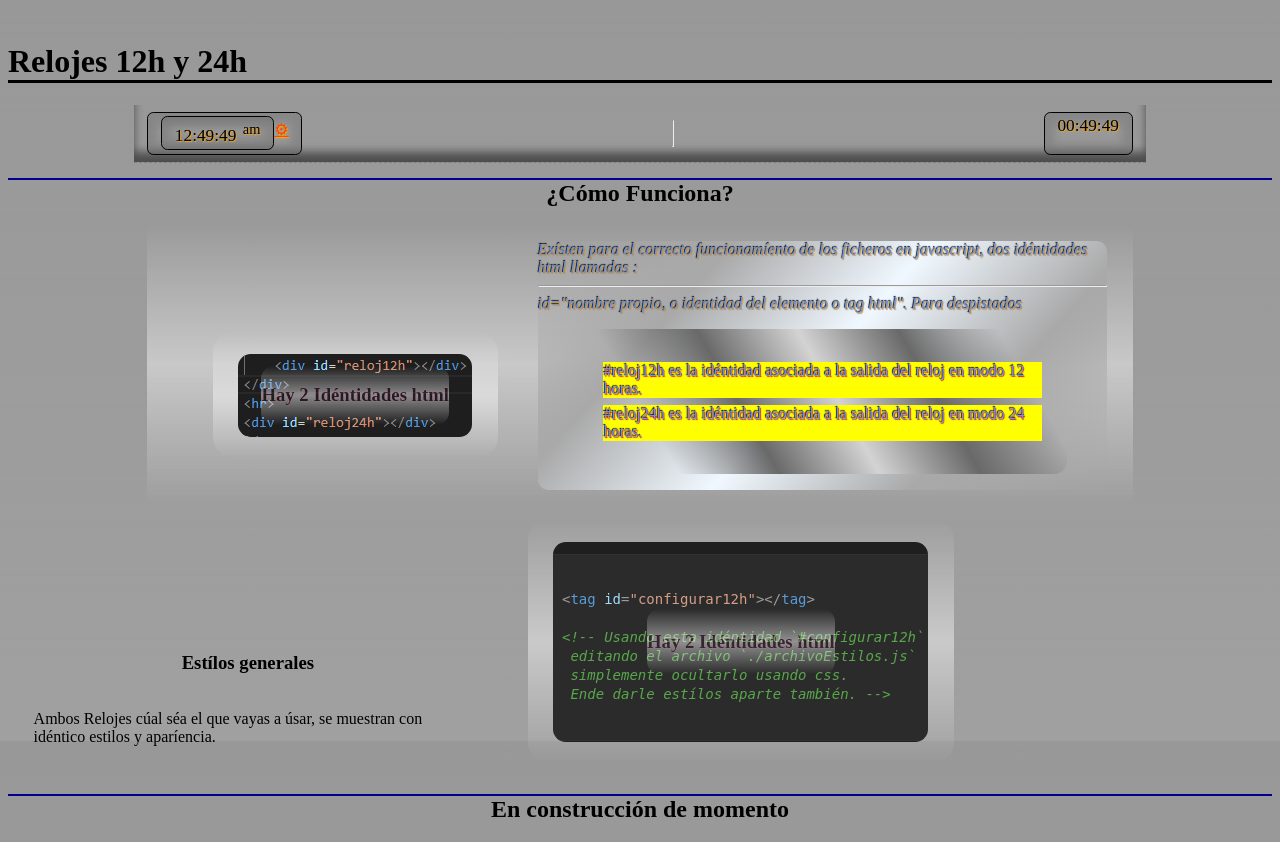
Repository: marcostonfor/clocks
Page: index.html
These files come from the project's save history. The page is drawn as it stood at one moment and after a run of saves; the edit follows.
The browser window is 1280 px wide. The pictures show the whole page.

Above is the page before, as saved 2024-09-19 00:54:50.

### index.html
<!DOCTYPE html>
<html lang="ca-ES, en-US">

<head>
    <meta charset="utf-8">
    <meta name="viewport" content="width=device-width, initial-scale=1">
    <title>relojes</title>
    <style>

        * {
            box-sizing: border-box;
        }

        body {
            background-image: repeating-linear-gradient(0deg, hsla(0, 0%, 41%, 0.63) 12%, hsla(0, 0%, 0%, 0.404));
        }

        h1 {
            margin-top: 6vh;
            border-bottom: 0.3vw solid black;
        }

        #dosRelojes {
            width: 80%;
            height: auto;
            margin: 2vh auto;
            padding: 1vh 1vw;
            display: flex;
            border-bottom: 0.1vw dashed gray;
            /* box-shadow: inset -0.2vh 0 06px hsl(41, 100%, 50%); */
            box-shadow: inset 0 -10px 10px rgba(0, 0, 0, 0.5);
        }

        summary::marker {
            content: none !important;
        }

        summary {
            cursor: pointer !important;
            color: orangered;
            text-decoration: underline;
            margin: 0.5vh auto;
            font-size: 12pt;
        }

        #caja12h {
            display: flex;
        }

        h2 {
            text-align: center;
            margin-top: 2vh;
            border-top: 0.2vw solid darkblue;
        }

        #identidades_principales {
            display: flex;
            justify-content: space-around;
            align-items:last baseline;
            padding: 2vh 2vw;
            width: 78%;
            margin: auto auto;
            background-image: repeating-linear-gradient(0deg, transparent, hsla(0, 0%, 96%, 0.5), transparent);
            border-radius: 0.755vw;
        }

        .conFoto figure {
            position: relative;
            display: flex;
            align-items: center;
            justify-content: center;
            background-image: repeating-linear-gradient(0deg, transparent, hsla(0, 0%, 96%, 0.5), transparent);
            padding: 3vh 2vw;
            border-radius: 1.6vw;
        }

        .conFoto figure img {
            border-radius: 1vw;
        }

        .conFoto figure figcaption {
            position: absolute;
            border-radius: 1vw;
            text-shadow: 0 0 1px hotpink;
            background-image:  repeating-linear-gradient(0deg, transparent, hsla(0, 0%, 96%, 0.5), transparent);
            mix-blend-mode: screen;
        }

        .conTexto  {
            width: fit-content;
            height: auto;
            color: cornflowerblue;
            text-shadow: 0.1vh 0.1vw 1px rgb(220, 140, 20), -0.1vh -0.1vw 1px black;
            background-image: repeating-linear-gradient(132deg, transparent, darkgray, aliceblue, darkgray, transparent);
            border-radius: 0.8vw;
        }

        .conTexto blockquote {
            padding: 2vw;
            border-radius: 1vw;
            background-image: linear-gradient(-120deg, transparent 12%, dimgray, lightgray, dimgray, transparent, transparent);
        }

        .conTexto blockquote mark {
            text-shadow: 0.1vh 0.1vw 1px rgb(220, 20, 60), -0.1vh -0.1vw 1px black;
            color: cornflowerblue !important;
            display: block;
            margin: 1vh auto;
        }

        #estilos_generales {
            width: 78%;
            display: flex;
            justify-content: space-around;
            align-items:last baseline;

        }

        #estilos_generales article h3 {
            text-align: center;
            width: fit-content;
            margin: 3vh auto;
        }

        #textoGeneral {
            padding: 2vh 2vw;
            width: fit-content;
            /* border: 0.2vw solid black; */
            overflow: hidden;
        }
    </style>
</head>

<body>
    <header>
        <h1>Relojes 12h y 24h</h1>
        <aside id="dosRelojes">
            <div id="caja12h">
                <div id="reloj12h"></div>
            </div>
            <hr>
            <div id="reloj24h"></div>
        </aside>
        <nav></nav>
    </header>
    <main>
        <h2>¿Cómo Funciona?</h2>
        <section id="identidades_principales">
            <article class="conFoto">
                <figure>
                    <img src="./img/identidades.png" alt="foto de las id principales">
                <figcaption><h3>Hay 2 Idéntidades html</h3></figcaption>
                </figure>
            </article>
            <article class="conTexto">
                    <cite>Exísten para el correcto funcionamíento de los ficheros en javascript, dos idéntidades html
                        llamadas :</cite> <hr /><cite>id="nombre propio, o identidad del elemento o tag html". Para despistados</cite>
                <blockquote>
                    <mark>#reloj12h es la idéntidad asociada a la salida del reloj en modo 12 horas.</mark>

                    <mark>#reloj24h es la idéntidad asociada a la salida del reloj en modo 24 horas.</mark>
                </blockquote>
            </article>
        </section>
        <section id="estilos_generales">
            <article>
                <h3>Estílos generales</h3>
                <p id="textoGeneral">
                    Ambos Relojes cúal séa el que vayas a úsar, se muestran con idéntico estilos y aparíencia.
                </p>
            </article>
            <article class="conFoto">
                <figure>
                    <img src="./img/fotoDetails12h.png" alt="foto de las id principales">
                <figcaption><h3>Hay 2 Idéntidades html</h3></figcaption>
                </figure>
            </article>
        </section>
    </main>
    <h2>En construcción de momento</h2>
    <script type="module" src="./relojes.js"></script>
</body>

</html>

### relojes.js

import { estilosPersonales } from './archivoEstilos.js';
import { conf12h } from './archivoConfiguracion.js';
function laHora() {
	const Reloj = class {
		constructor(formato, salida) {
			this.ahora = new Date();
			this.reloj = {
				hora: this.ahora.getHours(),
				minuto: this.ahora.getMinutes(),
				segundo: this.ahora.getSeconds()
			};
			this._formato = formato;
			this._salida = salida;
		}

		get formato() {
			return this._formato;
		}

		get salida() {
			return this._salida;
		}

		set formato(horaActual) {
			this._formato = horaActual;
		}

		set salida(output) {
			this._salida = output;
		}

		anyadirCero(formatear) {
			return formatear <= 9 ? "0" + formatear : formatear;
		}

		_12h() {
			let horas = this.reloj.hora % 12;
			if (horas === 0) horas = 12;
			const amOpm = this.reloj.hora >= 12 ? "pm" : "am";
			this._formato = `${this.anyadirCero(horas)}:${this.anyadirCero(this.reloj.minuto)}:${this.anyadirCero(this.reloj.segundo)}<sup>${amOpm}</sup>`;
			return this._formato;
		}

		_24h() {
			this._formato = `${this.anyadirCero(this.reloj.hora)}:${this.anyadirCero(this.reloj.minuto)}:${this.anyadirCero(this.reloj.segundo)}`;
			return this._formato;
		}
	};

	const laSalida = () => {
		const salida = document.getElementById("reloj12h");
		const salida24h = document.getElementById("reloj24h");
		const doceHoras = new Reloj();
	//	salida.innerHTML = doceHoras._12h();
	//	salida24h.innerHTML = doceHoras._24h();

 // Verifica si existe el elemento #reloj12h
 if (salida) {
	salida.innerHTML = doceHoras._12h();
	conf12h(); // Llamada a la función conf12h() si el elemento existe
}

// Verifica si existe el elemento #reloj24h
if (salida24h) {
	salida24h.innerHTML = doceHoras._24h();
}


	function estiloscss(estilosPersonales) {

		const estils = document.createElement('STYLE');
		estils.textContent = `
* {
    box-sizing: border-box;
}

div {
    text-align: center;
    width: fit-content;
    border: 0.1vw solid black;
    font-size: 13pt;
    padding: 0.5vh 1vw;
    box-shadow: inset 0 0 10px 10px hsla(0, 0%, 41%, 0.397);
    font-family: 'Comic Sans MS';
    color: black;
    text-shadow: 0.1vh 0.1vw 1px orange;
    border-radius: 0.5vw;
}


sup {
    margin-left: 0.5vw !important;
}
	`;
		if (estilosPersonales) {
			estils.textContent += estilosPersonales;
		}


		document.head.appendChild(estils);
}

	// Llamada a la función con estilos adicionales
	estiloscss(estilosPersonales);


	};

// estiloscss();
return setInterval(laSalida, 1000);
}
laHora();

### archivoEstilos.js
export const estilosPersonales = `

    `;

### archivoConfiguracion.js
export function conf12h() {
    const config = document.createElement('DETAILS');
    const summary = document.createElement('SUMMARY');
    summary.innerHTML = `&#9881;`;
    config.appendChild(summary);

    // Verificar si el checkbox ya existe
    if (!document.getElementById('miCheckbox')) {
        const checkbox = document.createElement('input');
        checkbox.type = 'checkbox';
        checkbox.id = 'miCheckbox';
        checkbox.checked = true; // Mostrar <sup> por defecto

        const label = document.createElement('label');
        label.htmlFor = 'miCheckbox'; // Asegúrate de que coincida con el id del checkbox
        label.textContent = 'Ver "am" "pm"';

        // Crear un elemento <style> para manejar la visibilidad de <sup>
        let estils = document.getElementById('dynamicStyles');
        if (!estils) {
            estils = document.createElement('style');
            estils.id = 'dynamicStyles';
            document.head.appendChild(estils);
        }

        // Función para actualizar el estilo de <sup>
        const updateSupVisibility = () => {
            if (checkbox.checked) {
                estils.textContent = `
                    sup {
                        display: inline !important;
                    }
                `;
            } else {
                estils.textContent = `
                    sup {
                        display: none !important;
                    }
                `;
            }
        };

        // Inicializar el estilo de <sup>
        updateSupVisibility();

        // Agregar un evento al checkbox para alternar la visibilidad de <sup>
        checkbox.addEventListener('change', updateSupVisibility);

        const mostrarConfiguracion = document.getElementById('caja12h');
        // Agregar el checkbox y el label al cuerpo del documento
        label.appendChild(checkbox);
        config.appendChild(label);
        mostrarConfiguracion.appendChild(config);
    }
}

After the next 2 saves:
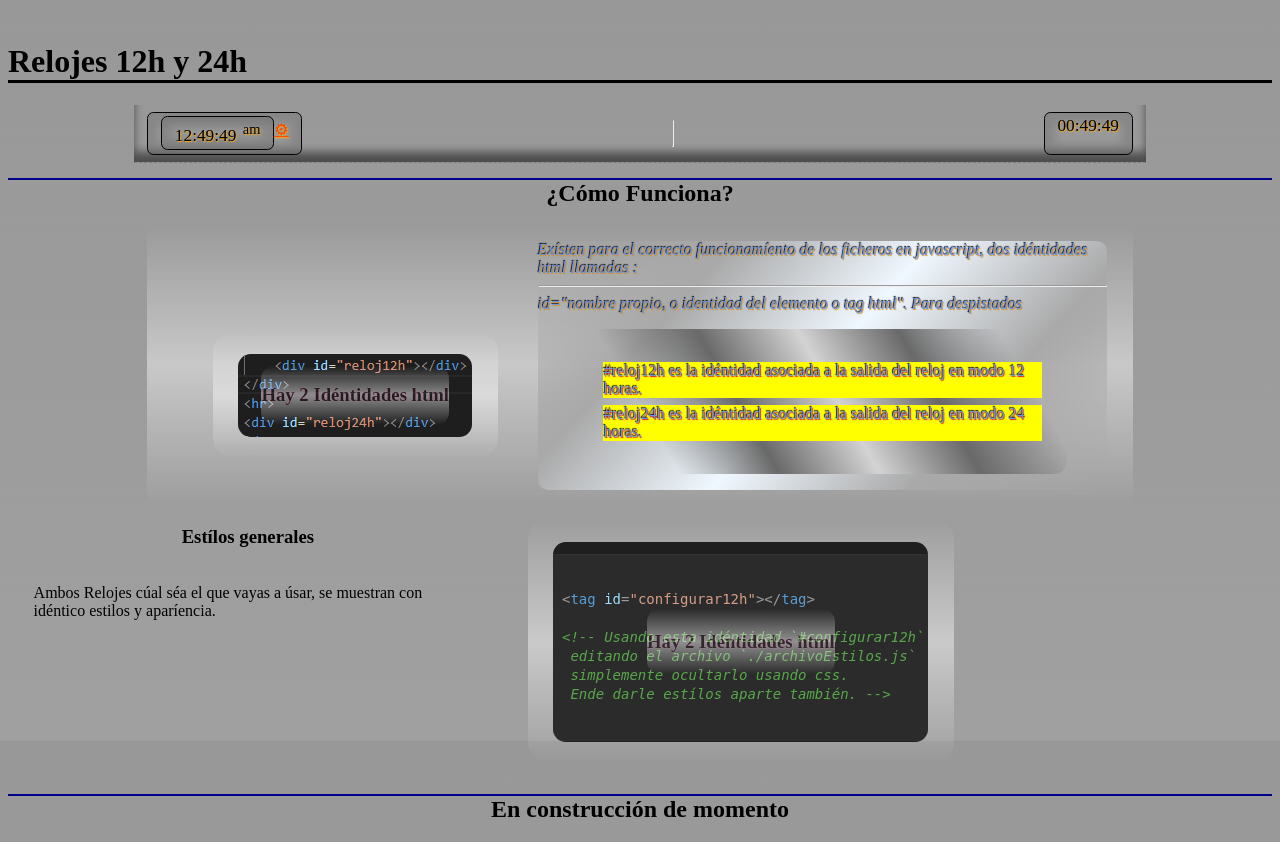
The 2 saves are shown as one change because they came seconds apart.
The last was saved 15 s later.
--- a/index.html
+++ b/index.html
@@ -112,7 +112,7 @@
             width: 78%;
             display: flex;
             justify-content: space-around;
-            align-items:last baseline;
+            align-items;
 
         }
 
